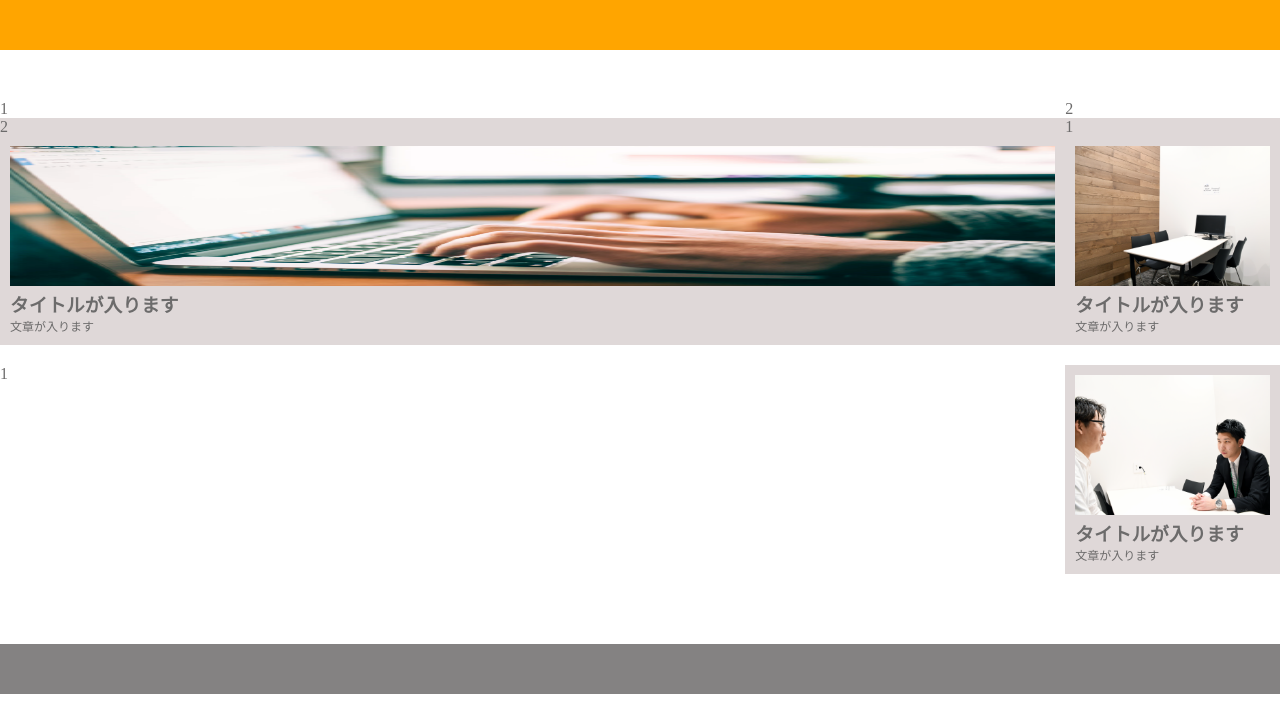
Repository: ishidaryu/ishidaryu
Page: HW/HW.html
The author's editor kept a record of every edit. The page is drawn from the files as they stood at one moment, then again after the next edit.
The browser window is 1280 px wide. The pictures show the whole page.

Above is the page before.

### HW/HW.html
<!DOCTYPE html>
<html lang="ja">

  <head>
     <meta charset="UTF-8" />
     <link rel="stylesheet" href="HW.css" />
  </head>

  <body>

    <header>
      <h1 class="heading"></h1>
    </header>


    <main>
      <section class="blog">
        <div calss-="blog-box"> 1
          <div class="blog-item"> 2
            <img class="blog-image" src="flow01.png" />
            <section class="blog-text">
              <h3 class="blog-text-headimg">
                <a href="single.html">
                  タイトルが入ります
                </a>
              </h3>
            <p class="blog-date">文章が入ります</p>
            </section>
          </div> 1
        </section>
        <div/> 2

          <div class="blog-item"> 1
            <img class="blog-image" src="flow02.png" />
            <section class="blog-text">
              <h3 class="blog-text-headimg">
                <a href="single.html">
                  タイトルが入ります
                </a>
              </h3>
            <p class="blog-date">文章が入ります</p>
            </section>
          </div>
        </section>
      <div/>

          <div class="blog-item">
            <img class="blog-image" src="flow03.png" />
            <section class="blog-text">
              <h3 class="blog-text-headimg">
                <a href="single.html">
                  タイトルが入ります
                </a>
              </h3>
            <p class="blog-date">文章が入ります</p>
            </section>
          </div>
        </section>
      <div/>
    </div>

    </main>


    <footer></footer>

  </body>
</html>

### HW/HW.css
* {
  margin: 0;
  padding: 0;
  box-sizing: border-box;
  color: #6c6b6b;
}



a {
  text-decoration: none;
}

header {
  width: 100%;
  height: 50px;
  background-color: orange;
}

main {
  width: 100%;
  display: flex;
  justify-content: center;
  margin: 0 auto;
  padding: 50px 0;
}

.blog {
  width: 90%;
}


.blog-box {
  padding-top: 50px;
}

.blog-item {
  padding-bottom: 10px;
  margin-bottom: 20px;
  justify-content: flex-start;
  background-color: #dfd8d8;
}

.blog-image {
  width: 100%;
  height: 150px;
  padding: 10px 10px 0 10px;
}

.blog-text {
  padding-left: 10px;
}

.blog-text-heading {
  padding-bottom: 15px;
}

.blog-date {
  font-size: 12px;
  display: inline-block;
}

footer {
  width: 100%;
  height: 50px;
  background-color: #848282;
}

@media screen and (max-width: 768px) {

   main {
     width: 100%;
     display: block;
   }

  .blog {
    width: 100%;
    display: block;
  }

  .blog-image {
    width: 50%;
  }

  .blog-text {
    width: 50%;
    padding-top: 5%;
  }
}

After the next edit:
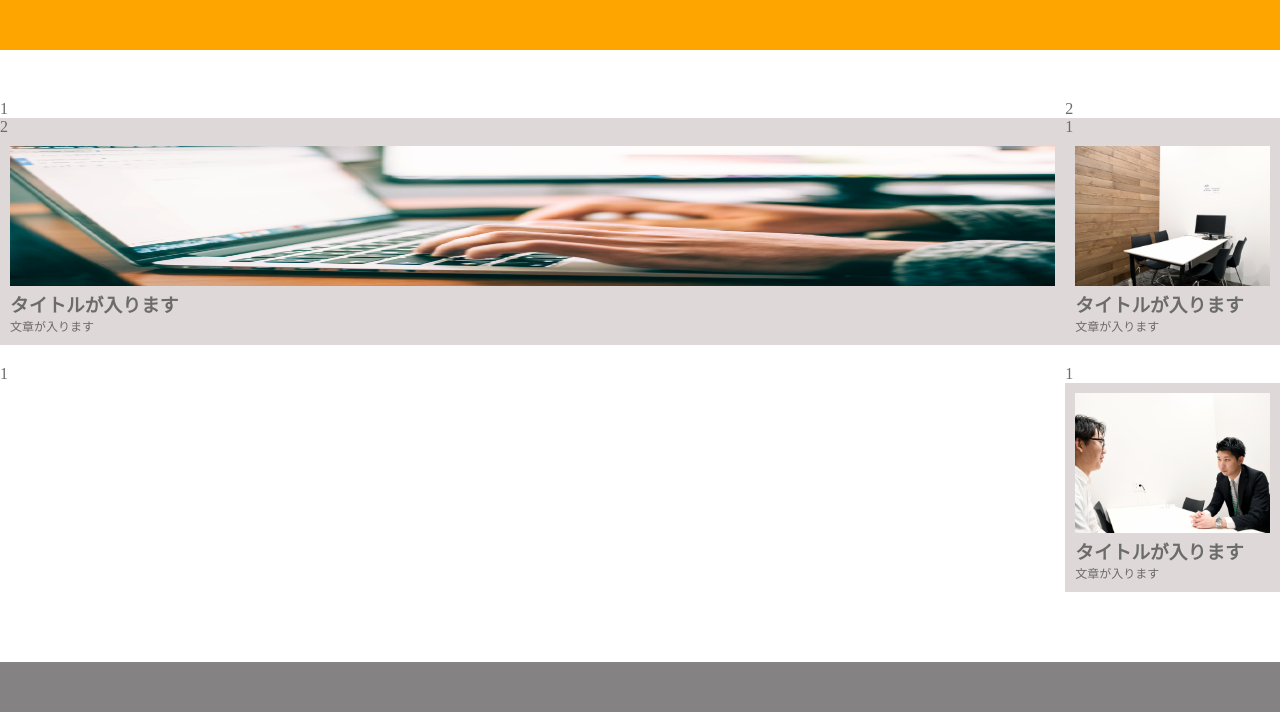
The edit:
--- a/HW/HW.html
+++ b/HW/HW.html
@@ -40,9 +40,8 @@
               </h3>
             <p class="blog-date">文章が入ります</p>
             </section>
-          </div>
+          </div> 1
         </section>
-      <div/>
 
           <div class="blog-item">
             <img class="blog-image" src="flow03.png" />
